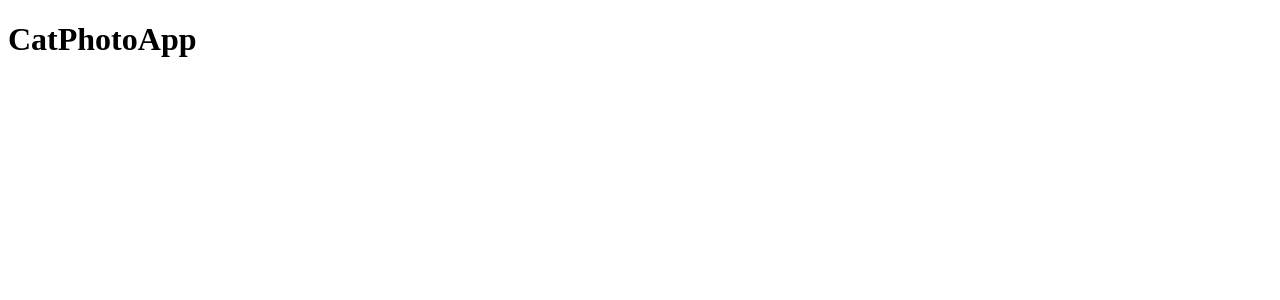
Repository: Lungdjos/cat_photo_app
Page: cat_photo_app/index.html
These files come from the project's save history. The page is drawn as it stood at one moment and after a run of saves; the edit follows.
The browser window is 1280 px wide. The pictures show the whole page.

Above is the page before, as saved 2023-08-29 12:52:44.

After the next 2 saves:
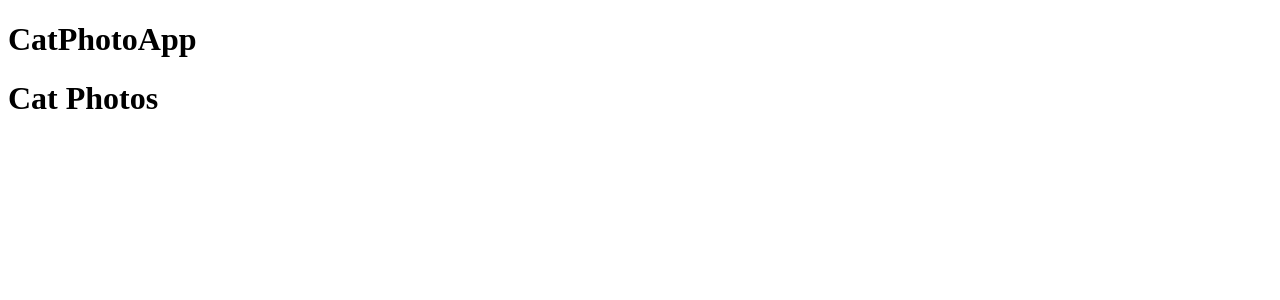
The 2 saves are shown as one change because they came seconds apart.
The last was saved 15 s later.
--- a/cat_photo_app/index.html
+++ b/cat_photo_app/index.html
@@ -9,7 +9,7 @@
 
 <body>
     <h1>CatPhotoApp</h1>
-    <h1></h1>
+    <h1>Cat Photos</h1>
 
 </body>
 
